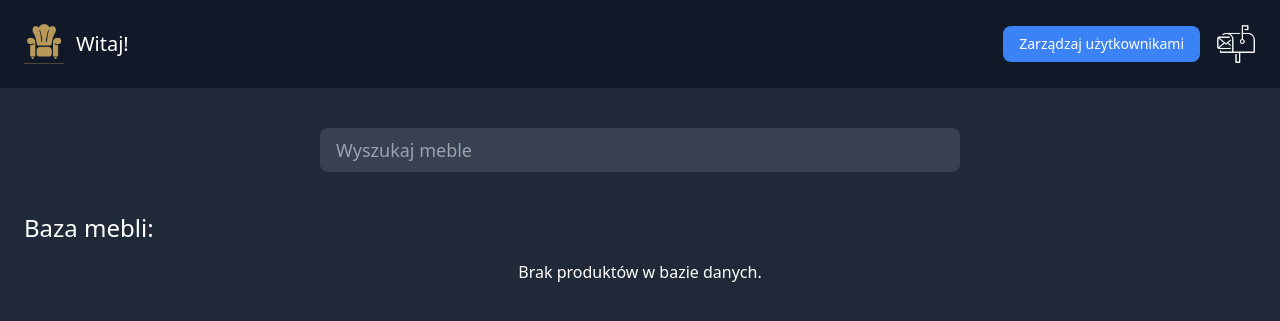
Repository: DaveCala/AplikacjaMeble
Page: http://localhost/editor/editor_index.php
These files come from the project's save history. The page is drawn as it stood at one moment and after the next save; the edit follows.
The browser window is 1280 px wide. The pictures show the whole page.
Some web libraries are served in a nearby version. The page is run by PHP 8.4 with error messages shown; the project is at /var/www/html/. Queries for data that is not in the repository find no rows.

Above is the page before, as saved 2024-11-28 10:58:51.

### editor/editor_index.php
<?php
// Dołącz plik z połączeniem do bazy danych
include('../db.php');

// Zapytanie do bazy danych w celu pobrania wszystkich produktów
$sql = "SELECT * FROM products";
$stmt = $pdo->query($sql);

// Pobieramy wszystkie produkty
$products = $stmt->fetchAll(PDO::FETCH_ASSOC);
?>

<!DOCTYPE html>
<html lang="pl">
<head>
  <meta charset="UTF-8">
  <meta name="viewport" content="width=device-width, initial-scale=1.0">
  <title>Baza mebli</title>
  <script src="https://cdn.tailwindcss.com"></script>
</head>
<body class="bg-gray-800">

  <!-- Navbar -->
<nav class="bg-gray-900 navbar w-full py-6 text-white flex justify-between items-center">
  <div class="flex items-center ml-6">
    <img src="../img/logo_beautysofa_24_pionowe.png" class="w-10 h-10 mr-3" alt="Logo">
    <div class="text-xl">Witaj!</div>
  </div>

  <div class="flex items-center mr-6">
    <!-- Przycisk Zarządzaj użytkownikami -->
    <a href="../admin/users.php"
       class="bg-blue-500 text-white py-2 px-4 rounded-lg hover:bg-blue-600 text-sm mr-4">
       Zarządzaj użytkownikami
    </a>

    <!-- Ikona Powiadomień -->
    <div class="relative">
      <img src="../img/mailbox.png" alt="Ikona Powiadomień"
           class="w-10 h-10 cursor-pointer" onclick="toggleNotifications()">
    </div>
  </div>
</nav>


  <!-- Sekcja wyszukiwania -->
  <div class="mx-auto my-10 w-3/4 md:w-1/2">
    <input type="text" placeholder="Wyszukaj meble" class="w-full py-2 px-4 text-lg rounded-lg bg-gray-700 text-white focus:outline-none focus:ring-2 focus:ring-blue-500">
  </div>

  <div class="flex justify-between items-center mt-10 mb-4 mx-6">
    <h2 class="text-2xl text-white">Baza mebli:</h2>
  </div>

  <!-- Grid z kafelkami -->
  <?php if (!empty($products)) : ?>
    <?php foreach ($products as $product) : ?>
      <div class="bg-gray-900 w-full p-4 border border-gray-700 mb-4">
        <!-- Kontener produktu -->
        <div class="grid grid-cols-5 gap-4 w-full h-12 items-center rounded-lg p-2 overflow-hidden">

          <!-- Tytuł - 2/5 szerokości -->
          <div class="col-span-2 flex items-center justify-center text-white text-sm overflow-hidden">
            <h3 class="truncate text-center"><?php echo htmlspecialchars($product['title']); ?></h3>
          </div>

          <!-- Główne zdjęcie - 1/5 szerokości -->
          <div class="col-span-1 flex items-center justify-center">
            <img src="../img/<?php echo htmlspecialchars($product['image']); ?>" alt="Główne zdjęcie" class="h-full max-h-8 w-auto object-contain rounded-lg">
          </div>

          <!-- Kategoria - 1/5 szerokości -->
          <div class="col-span-1 flex items-center justify-center text-white overflow-hidden">
            <p class="truncate text-sm"><?php echo htmlspecialchars($product['category']); ?></p>
          </div>

          <!-- Przycisk - 1/5 szerokości -->
          <div class="col-span-1 flex items-center justify-center">
            <a href="editor_product.php?id=<?php echo $product['id']; ?>" class="bg-blue-500 text-white py-1 px-2 rounded-lg hover:bg-blue-600 text-sm">Obejrzyj</a>
          </div>

        </div>
      </div>
    <?php endforeach; ?>
  <?php else : ?>
    <p class="text-white text-center">Brak produktów w bazie danych.</p>
  <?php endif; ?>

  <div class="container mx-auto my-10">
    <!-- Miejsce na treść strony -->
  </div>

</body>
</html>

### db.php
<?php
$host = 'localhost';
$db = 'app_test';
$user = 'root';
$pass = '';

try {
    $pdo = new PDO("mysql:host=$host;dbname=$db;charset=utf8", $user, $pass);
    $pdo->setAttribute(PDO::ATTR_ERRMODE, PDO::ERRMODE_EXCEPTION);
} catch (PDOException $e) {
    die("Błąd połączenia z bazą danych: " . $e->getMessage());
}
?>

After the next save:
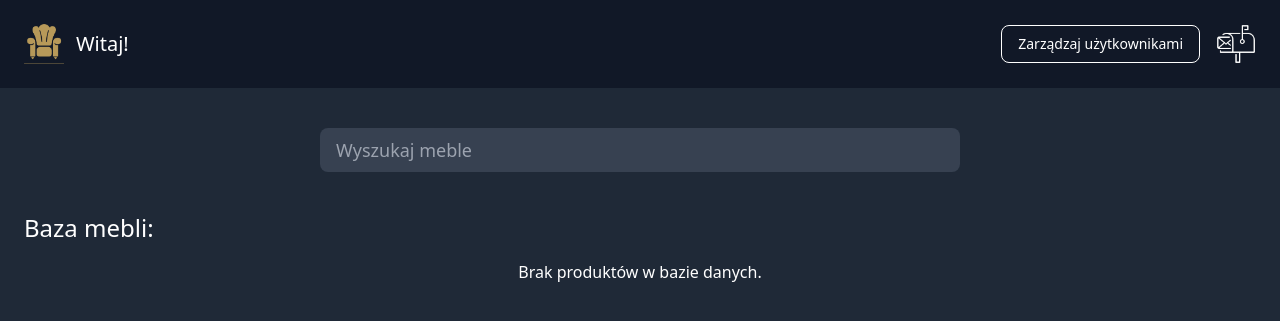
Saved 11 min 49 s later.
--- a/editor/editor_index.php
+++ b/editor/editor_index.php
@@ -30,7 +30,7 @@ $products = $stmt->fetchAll(PDO::FETCH_ASSOC);
   <div class="flex items-center mr-6">
     <!-- Przycisk Zarządzaj użytkownikami -->
     <a href="../admin/users.php"
-       class="bg-blue-500 text-white py-2 px-4 rounded-lg hover:bg-blue-600 text-sm mr-4">
+       class="bg-gray-900 border border-white text-white py-2 px-4 rounded-lg hover:bg-blue-600 text-sm mr-4">
        Zarządzaj użytkownikami
     </a>
 
